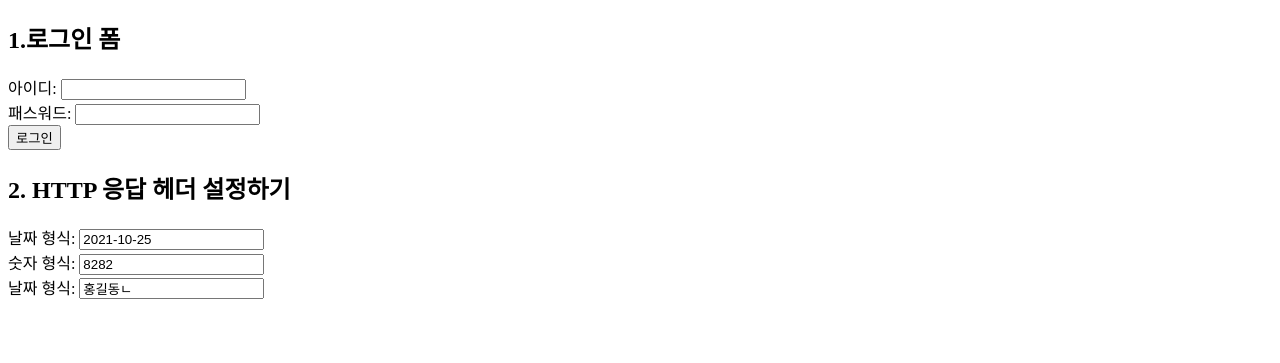
Repository: Motibidu/JSP_Servlet
Page: http://localhost/MushHaveJsp/02ImplicitObject/ResponseMain.jsp
These files come from the project's save history. The page is drawn as it stood at one moment and after the next save; the edit follows.
The browser window is 1280 px wide. The pictures show the whole page.
The page is served by Tomcat 10.

Above is the page before, as saved 2025-05-02 07:15:46.

After the next save:
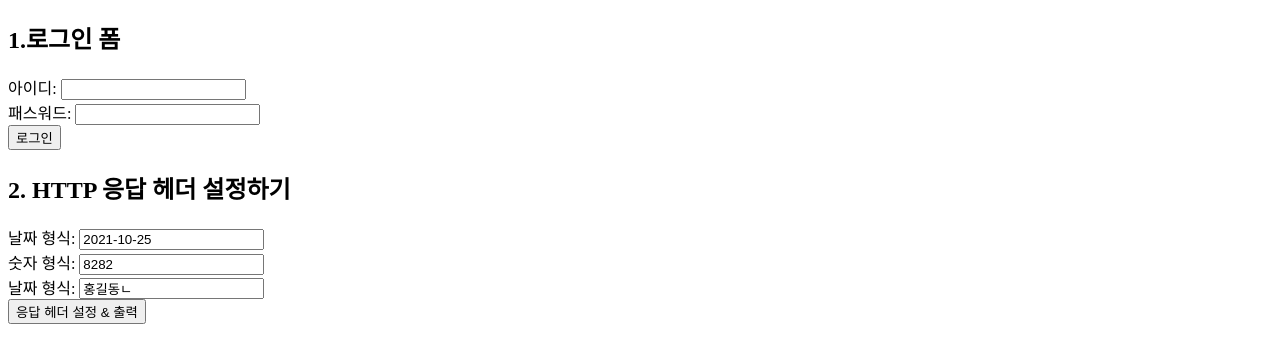
Saved 11 s later.
--- a/MushHaveJsp/src/main/webapp/02ImplicitObject/ResponseMain.jsp
+++ b/MushHaveJsp/src/main/webapp/02ImplicitObject/ResponseMain.jsp
@@ -27,6 +27,7 @@
 		날짜 형식: <input type= "text" name= "add_date" value= "2021-10-25"/><br/>
 		숫자 형식: <input type= "text" name= "add_int" value= "8282"/><br/>
 		날짜 형식: <input type= "text" name= "add_str" value= "홍길동ㄴ"/><br/>
+		<input type= "submit" value= "응답 헤더 설정 & 출력"/>
 
 
 
